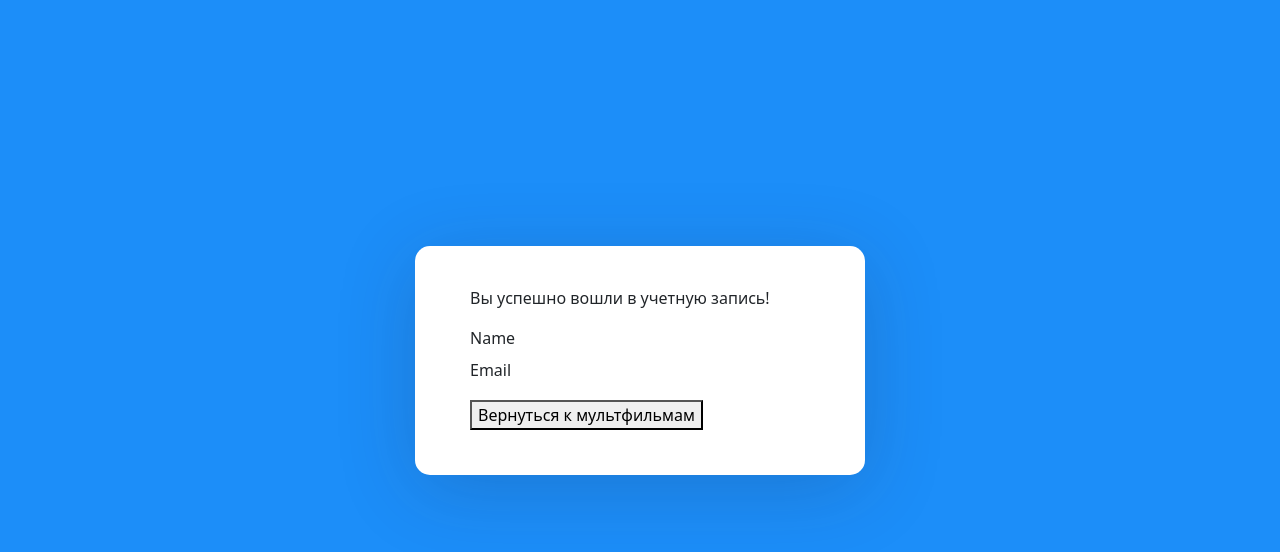
Repository: bandikost/cartoon
Page: /userDetails
An editor plug-in stored every save of this project. The page is shown before and after a run of saves, followed by the edit.
The browser window is 1280 px wide. The pictures show the whole page.
The page's requests for data from a server got no answer. The project was rebuilt for these pictures with package versions that can differ from the ones it lists, and the page was loaded fresh each time. No one was signed in, and anything a server would have sent is missing. Also part of the build but not shown: src/components/signup_component.js. Imported but missing from the stored project, and not drawn on this page: src/components/login_component.

Above is the page before, as saved 2022-11-28 17:50:41.

### src/App.js
import React from "react";
import "../node_modules/bootstrap/dist/css/bootstrap.min.css";
import "./App.css";
import { BrowserRouter as Router, Routes, Route } from "react-router-dom";

import Login from "./components/login_component";
import SignUp from "./components/signup_component";
import UserDetails from "./components/userDetails";

function App() {
  return (
    <Router>
      <div className="App">
        <div className="auth-wrapper">
          <div className="auth-inner">
            <Routes>
              <Route exact path="/" element={<Login />} />
              <Route path="/sign-in" element={<Login />} />
              <Route path="/sign-up" element={<SignUp />} />
              <Route path="/userDetails" element={<UserDetails />} />
            </Routes>
          </div>
        </div>
      </div>
    </Router>
  );
}

export default App;

### src/components/userDetails.js
import React, { Component } from "react";

export default class UserDetails extends Component {
  constructor(props) {
    super(props);
    this.state = {
      userData: "",
    };
  }
  componentDidMount() {
    fetch("http://localhost:5000/userData", {
      method: "POST",
      crossDomain: true,
      headers: {
        "Content-Type": "application/json",
        Accept: "application/json",
        "Access-Control-Allow-Origin": "*",
      },
      body: JSON.stringify({
        token: window.localStorage.getItem("token"),
      }),
    })
      .then((res) => res.json())
      .then((data) => {
        console.log(data, "userData");
        this.setState({ userData: data.data });
      });
  }
  render() {
    return (
      <div>
        <p>Вы успешно вошли в учетную запись!</p>
        Name<h1>{this.state.userData.fname}</h1>
        Email <h1>{this.state.userData.email}</h1>
        <button style={{ marginTop: 10 }}>Вернуться к мультфильмам</button>
      </div>

    );
  }
}

Loaded but not shown: public/index.html (common file); src/index.js (common file); src/index.css (common file); src/reportWebVitals.js (common file); src/App.css (common file)

After the next 2 saves:
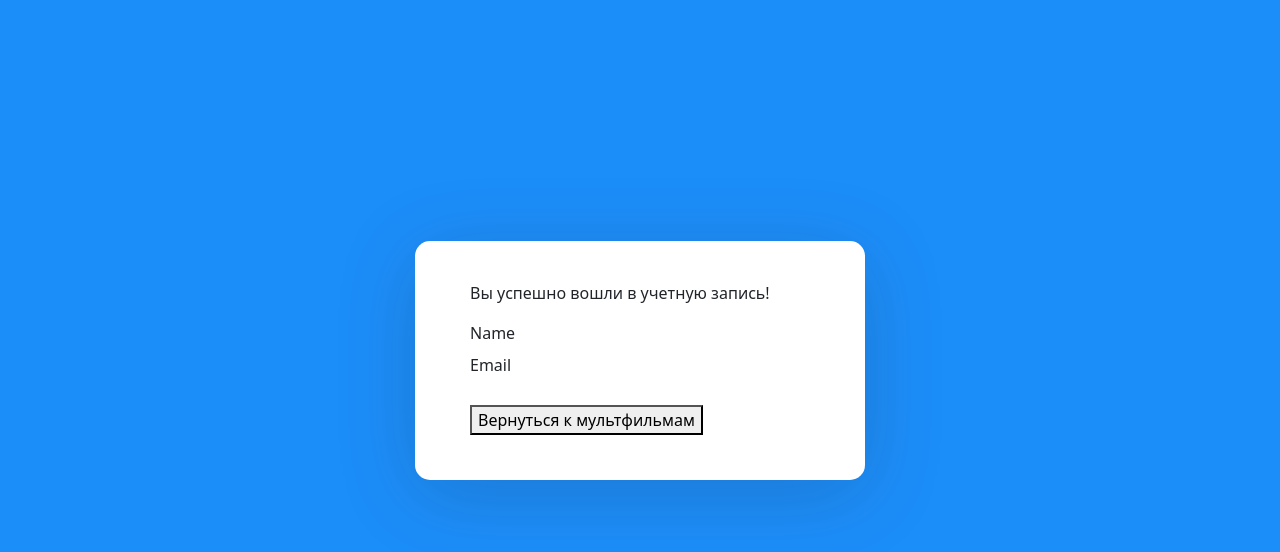
The 2 saves are shown as one change because 1 did not build or start.
The last was saved 15 s later.
--- a/src/components/userDetails.js
+++ b/src/components/userDetails.js
@@ -32,7 +32,7 @@ export default class UserDetails extends Component {
         <p>Вы успешно вошли в учетную запись!</p>
         Name<h1>{this.state.userData.fname}</h1>
         Email <h1>{this.state.userData.email}</h1>
-        <button style={{ marginTop: 10 }}>Вернуться к мультфильмам</button>
+        <button style={{ marginTop: 20 }}>Вернуться к мультфильмам</button>
       </div>
 
     );
